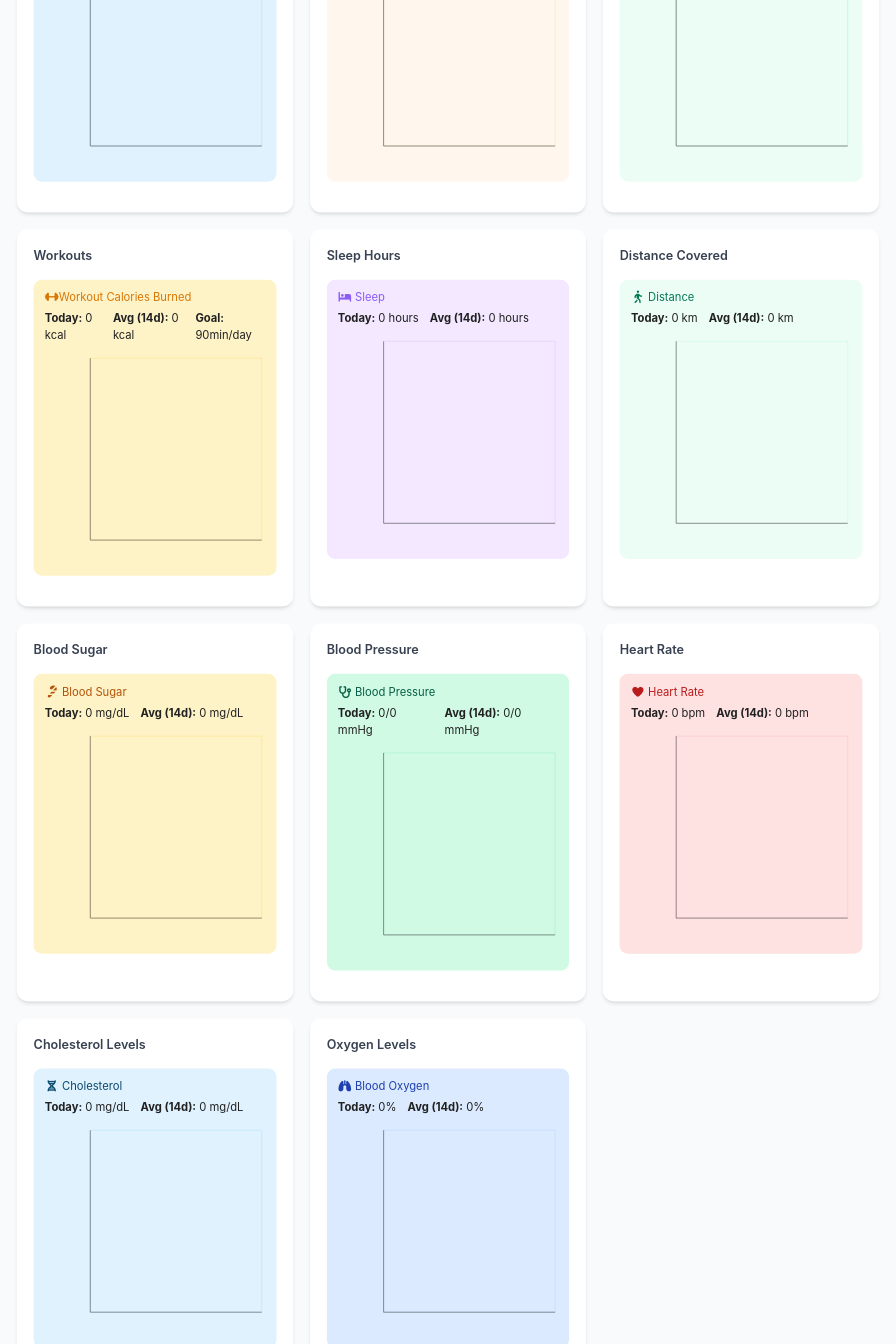
Repository: bhumikamourya/health-monitoring-application
Page: /dashboard (app in frontend/)
An editor plug-in stored every save of this project. The page is shown before and after the next save, followed by the edit.
The browser window is 1280 px wide. The pictures show the part of the page from y = 452 to 2372 px (the page is 2521 px tall before and 2589 px after), at 70% of full size.
The page's requests for data from a server got no answer. Some web libraries are served in a nearby version. The project was rebuilt for these pictures with package versions that can differ from the ones it lists, and the page was loaded fresh each time. No one was signed in, and anything a server would have sent is missing. Also part of the build but not shown: frontend/src/components/Home/particleBackground.js, frontend/src/components/Home/Component1.js, frontend/src/components/Home/Component2.js, frontend/src/components/Home/Component3.js, frontend/src/components/Home/Component4.js, frontend/src/components/Home/HomePage.js, frontend/src/components/Blog/Component1.js, frontend/src/components/Blog/Component2.js and 16 more.

Above is the page before, as saved 2025-10-12 20:04:14.

### frontend/public/index.html
<!DOCTYPE html>
<html lang="en">

<head>
  <meta charset="utf-8" />
  <link rel="icon" href="%PUBLIC_URL%/favicon.ico" />
  <meta name="viewport" content="width=device-width, initial-scale=1" />
  <meta name="theme-color" content="#000000" />
  <meta name="description" content="Web site created using create-react-app" />
  <link rel="apple-touch-icon" href="%PUBLIC_URL%/logo192.png" />
  <link rel="manifest" href="%PUBLIC_URL%/manifest.json" />

  <script src="https://cdn.jsdelivr.net/npm/@tailwindcss/browser@4"></script>

  <link href="https://cdn.jsdelivr.net/npm/bootstrap@5.3.7/dist/css/bootstrap.min.css" rel="stylesheet"
    integrity="sha384-LN+7fdVzj6u52u30Kp6M/trliBMCMKTyK833zpbD+pXdCLuTusPj697FH4R/5mcr" crossorigin="anonymous">
  <link rel="stylesheet" href="https://cdnjs.cloudflare.com/ajax/libs/font-awesome/7.0.0/css/all.min.css"
    integrity="sha512-DxV+EoADOkOygM4IR9yXP8Sb2qwgidEmeqAEmDKIOfPRQZOWbXCzLC6vjbZyy0vPisbH2SyW27+ddLVCN+OMzQ=="
    crossorigin="anonymous" referrerpolicy="no-referrer" />
  <title>React App</title>
</head>

<body>
  <noscript>You need to enable JavaScript to run this app.</noscript>
  <div id="root"></div>
  <!--
      This HTML file is a template.
      If you open it directly in the browser, you will see an empty page.

      You can add webfonts, meta tags, or analytics to this file.
      The build step will place the bundled scripts into the <body> tag.

      To begin the development, run `npm start` or `yarn start`.
      To create a production bundle, use `npm run build` or `yarn build`.
    -->
</body>

</html>

### frontend/src/index.css
@tailwind base;
@tailwind components;
@tailwind utilities;

body {
  margin: 0;
  font-family: -apple-system, BlinkMacSystemFont, 'Segoe UI', 'Roboto', 'Oxygen',
    'Ubuntu', 'Cantarell', 'Fira Sans', 'Droid Sans', 'Helvetica Neue',
    sans-serif;
  -webkit-font-smoothing: antialiased;
  -moz-osx-font-smoothing: grayscale;
  background-color: #fff;
  color: #212121;
}

code {
  font-family: source-code-pro, Menlo, Monaco, Consolas, 'Courier New',
    monospace;
}

h1,
h2,
h3,
h4,
h5,
h6 {
  color: #2c3e50
}

/* NAVBAR STYLING */
.background {
  background-color: #1976d2;
}

.footer-a-links {
  text-decoration: underline;
  color: #fff;
}

.footer-a-links:hover {
  text-decoration: underline;
}

.menu {
  color: #fff;
  margin-left: 20px;
}

.menu.selected {
  color: #64b5f6;
}

.links {
  color: #1976d2;
}

.links:hover {
  opacity: 0.7;
}

.nav-links {
  color: #fff;
}

.nav-links:hover {
  color: #64b5f6;
}

.coloured-btn {
  background-color: #1976d2;
  color: #fff;
}

.coloured-btn:hover {
  background-color: #1976d2;
}

.bold-text {
  color: #1976d2;
}


/* HOME COMPONENT-1 */
.component1-container {
  background-color: #f5f5f5;
}
.component1-icons{
  background-color: #e9f2fa;
  padding:20px 40px 20px 20px;
  border-radius: 50%;
}

.fa-check,
.fa-square-check,
.fa-calendar-week,
.fa-chart-line {
  color: #1976d2;
  font-size: 25px;
}

.fa-check {
  color: #43a047;
}


/* HOME COMPONENT-2 */
.complete-control-text {
  background-color: #e9f2fa;
  width: 60%;
  margin: 25px 5px 0 40px;
  padding: 4px;
  border-radius: 30px;
  color: #1976d2;
}

.coloured-card {
  margin-left: 50px;
  border: 3px solid #1976d2;
  border-radius: 15px;
  background-color: #fafafa;
}

/* BLOG COMPONENT */
.blogs-container {
  width: 14rem;
  box-shadow: 5px 5px 10px #f4f3f3;
}

.capsule-text {
  font-size: 10px;
  border: 1px solid #cfd1d1ff;
  padding: 4px 7px;
  border-radius: 10px;
  color: #2c2c2c;
}

/* PRICING COMPONENT */
.pricing-cards {
  margin-right: 15px;
  border: 0.4px solid #bbbabaff;
  border-radius: 30px;
}

.fa-xmark {
  font-size: 20px;
}

.complete-text {
  width: auto;
  padding: 4px 10px;
  background-color: #e9f2fa;
  border-radius: 30px;
  color: #1976d2;
}

.pricing-card2 {
  margin-left: 15px;
  border: 2px solid #1976d2;
  border-radius: 30px;
  background-color: #fafafa;
}

.pomodoro-card {
  border: 0.3px solid #424242;
  border-top: 4px solid #1976d2;
  border-radius: 10px;
}
.steps-chart-content{
  line-height: 10px;
}
.goto-dashboard:hover{
  text-decoration: underline;
  color: #6e7983;
}

### frontend/src/components/Charts/fitnessCharts.js
import { Line, CartesianGrid, XAxis, YAxis, Tooltip, ResponsiveContainer, BarChart, Bar } from "recharts";
import { useChartData } from "../../Hook/useChartData";
import { CustomTooltip } from "../../utils/CustomTooltip.js";

// Water Chart
function WaterChart({ days = 7, target = 8 }) {
  const { data, todayTotal, avg } = useChartData("water", "water", days);

  // 👇 Better polished color scheme
  const getWaterColor = (value, target) => {
    if (value < target * 0.5) return "#ef4444";   // 🔴 Red - very low hydration
    if (value < target * 0.8) return "#8cb5f7ff";   // 🟠 Orange - low
    if (value < target) return "#facc15";         // 🟡 Yellow - almost there
    return "#3b82f6";                             // 🔵 Blue - good hydration
  };

  const coloredData = data.map(d => ({
    ...d,
    fill: getWaterColor(d.water, target)
  }));

  return (
    <div style={{ maxWidth: 700, margin: "20px auto", background: "#e0f2fe", borderRadius: 12, padding: 16 }}>
      <h2 style={{ marginBottom: 8, color: "#2563eb" }}>
        <i className="fa-solid fa-droplet"></i> Water Intake
      </h2>

      <div style={{ display: "flex", gap: 16, marginBottom: 16 }}>
        <div><b>Today:</b> {todayTotal} glasses</div>
        <div><b>Avg ({days}d):</b> {avg} glasses</div>
      </div>

      <div style={{ width: "100%", height: 300 }}>
        <ResponsiveContainer>
          <BarChart data={coloredData}>
            <CartesianGrid stroke="#bae6fd" />
            <XAxis dataKey="date" />
            <YAxis allowDecimals={false} />
            <Tooltip content={<CustomTooltip unit="glasses" />} />
            <Bar dataKey="water" fill={({ payload }) => payload.fill} />
            <Line
              type="monotone"
              dataKey={() => target}
              stroke="#1d4ed8"
              strokeWidth={2}
              dot={false}
            />
          </BarChart>
        </ResponsiveContainer>
      </div>
    </div>
  );
}


// Calories Chart
function CaloriesChart({ days = 7, target = 2500 }) {
  const { data, todayTotal, avg } = useChartData("calories", "calories", days);
  const getCaloriesColor = (value, target) => {
    if (value <= target) return "#22c55e";          // green
    if (value <= target * 1.1) return "#f59e0b";   // yellow
    return "#dc2626";                               // red
  };

  const coloredData = data.map(d => ({
    ...d,
    fill: getCaloriesColor(d.calories, target)
  }));
  return (
    <div style={{ maxWidth: 700, margin: "20px auto", background: "#fff7ed", borderRadius: 12, padding: 16 }}>
      <h2 style={{ marginBottom: 8, color: "#b45309" }}><i className="fa-solid fa-fire" style={{ color: "#f59e0b" }}></i> Calories Burned </h2>
      <div style={{ display: "flex", gap: 16, marginBottom: 16 }}>
        <div><b>Today:</b> {todayTotal} kcal</div>
        <div><b>Avg ({days}d):</b> {avg} calories</div>
      </div>
      <div style={{ width: "100%", height: 300 }}>
        <ResponsiveContainer>
          <BarChart data={coloredData}>
            <CartesianGrid stroke="#fde2c0" />
            <XAxis dataKey="date" />
            <YAxis allowDecimals={false} />
            <Tooltip content={<CustomTooltip unit="kcal" />} />
            <Bar dataKey="calories" fill={({ payload }) => payload.fill} />
            <Line type="monotone" dataKey={() => target} stroke="#991b1b" strokeWidth={2} dot={false} />
          </BarChart>
        </ResponsiveContainer>
      </div>
    </div>
  );
}

// Steps Chart
function StepsChart({ days = 7, target = 12000 }) {
  const { data, todayTotal, avg } = useChartData("steps", "steps", days);
  const getStepsColor = (value) => {
    if (value < target * 0.7) return "#dc2626";   // red (low)
    if (value < target) return "#1ff66eff";         // amber (medium)
    return "#16a34a";                             // green (good)
  };

  const coloredData = data.map(d => ({
    ...d,
    fill: getStepsColor(d.steps)
  }));

  return (
    <div style={{ maxWidth: 700, margin: "20px auto", background: "#ecfdf5", borderRadius: 12, padding: 16 }}>
      <h2 style={{ marginBottom: 8, color: "#065f46" }}><i className="fa-solid fa-shoe-prints"></i> Steps </h2>
      <div style={{ display: "flex", gap: 16, marginBottom: 16 }}>
        <div><b>Today:</b> {todayTotal} steps</div>
        <div><b>Avg ({days}d):</b> {avg} steps</div>
      </div>
      <div style={{ width: "100%", height: 300 }}>
        <ResponsiveContainer>
          <BarChart data={coloredData}>
            <CartesianGrid stroke="#bbf7d0" />
            <XAxis dataKey="date" />
            <YAxis allowDecimals={false} />
            <Tooltip content={<CustomTooltip unit="Steps" />} />
            <Bar dataKey="steps" fill={({ payload }) => payload.fill} />
            <Line
              type="monotone"
              dataKey={() => target}
              stroke="#047857"
              strokeWidth={2}
              dot={false}
            />
          </BarChart>
        </ResponsiveContainer>
      </div>
    </div>
  );
}

// Sleep Chart
function SleepChart({ days = 7, target = 8 }) {
  const { data, todayTotal, avg } = useChartData("sleep", "sleep", days);
  const getSleepColor = (value) => {
    if (value < 5) return "#e33636ff";
    if (value < 7) return "#beabe8ff";
    if (value <= 9) return "#ab89fbff";
    return "#8b5cf6";
  };
  const coloredData = data.map(d => ({
    ...d,
    fill: getSleepColor(d.sleep, target)
  }));
  return (
    <div style={{ maxWidth: 700, margin: "20px auto", background: "#f3e8ff", borderRadius: 12, padding: 16 }}>
      <h2 style={{ marginBottom: 8, color: "#8b5cf6" }}><i className="fa-solid fa-bed"></i> Sleep</h2>
      <div style={{ display: "flex", gap: 16, marginBottom: 16 }}>
        <div><b>Today:</b> {todayTotal} hours</div>
        <div><b>Avg ({days}d):</b> {avg} hours</div>
      </div>
      <div style={{ width: "100%", height: 300 }}>
        <ResponsiveContainer>
          <BarChart data={coloredData}>
            <CartesianGrid stroke="#ddd6fe" />
            <XAxis dataKey="date" />
            <YAxis allowDecimals={false} />
            <Tooltip content={<CustomTooltip unit="hours" />} />
            <Bar dataKey="sleep" fill={({ payload }) => payload.fill} />
            <Line type="monotone" dataKey={() => target} stroke="#7c3aed" strokeWidth={2} dot={false} />
          </BarChart>
        </ResponsiveContainer>
      </div>
    </div>
  );
}

function DistanceChart({ days = 7, target = 5 }) {
  const { data, todayTotal, avg } = useChartData("distance", "distance", days);

  const getDistanceColor = (value, target) => {
    if (value < target * 0.5) return "#ef4444";   // 🔴 Very low
    if (value < target * 0.8) return "#81f2aaff";   // 🟠 Low
    if (value < target) return "#facc15";         // 🟡 Almost there
    return "#22c55e";                             // 🟢 Good
  };

  const coloredData = data.map(d => ({
    ...d,
    fill: getDistanceColor(d.distance, target)
  }));

  return (
    <div style={{ maxWidth: 700, margin: "20px auto", background: "#ecfdf5", borderRadius: 12, padding: 16 }}>
      <h2 style={{ marginBottom: 8, color: "#047857" }}>
        <i className="fa-solid fa-person-walking"></i> Distance
      </h2>

      <div style={{ display: "flex", gap: 16, marginBottom: 16 }}>
        <div><b>Today:</b> {todayTotal} km</div>
        <div><b>Avg ({days}d):</b> {avg} km</div>
      </div>

      <div style={{ width: "100%", height: 300 }}>
        <ResponsiveContainer>
          <BarChart data={coloredData}>
            <CartesianGrid stroke="#d1fae5" />
            <XAxis dataKey="date" />
            <YAxis allowDecimals={false} />
            <Tooltip content={<CustomTooltip unit="km" />} />
            <Bar dataKey="distance" fill={({ payload }) => payload.fill} />
            <Line type="monotone" dataKey={() => target} stroke="#047857" strokeWidth={2} dot={false} />
          </BarChart>
        </ResponsiveContainer>
      </div>
    </div>
  );
}


function WorkoutChart({ days = 7, target = 90 }) {
  // workoutsCalories ke liye hook call
  const { data, todayTotal, avg } = useChartData("workouts", "caloriesBurned", days);
  const getWorkoutColor = (value, target) => {
    if (value < target * 0.7) return "#ef4444";   // red - low
    if (value < target) return "#fbbf24";         // amber - medium
    return "#d97706";                             // green - achieved
  };

  const coloredData = data.map(d => ({
    ...d,
    fill: getWorkoutColor(d.caloriesBurned, target)
  }));
  return (
    <div style={{ maxWidth: 700, margin: "20px auto", background: "#fef3c7", borderRadius: 12, padding: 16 }}>
      <h2 style={{ marginBottom: 8, color: "#d97706" }}>
        <i className="fa-solid fa-dumbbell"></i>
        Workout Calories Burned </h2>
      <div style={{ display: "flex", gap: 16, marginBottom: 16 }}>
        <div><b>Today:</b> {todayTotal} kcal</div>
        <div><b>Avg ({days}d):</b> {avg} kcal</div>
        <div><b>Goal:</b> {target}min/day</div>
      </div>
      <div style={{ width: "100%", height: 300 }}>
        <ResponsiveContainer>
          <BarChart data={coloredData}>
            <CartesianGrid stroke="#fde68a" />
            <XAxis dataKey="date" />
            <YAxis allowDecimals={false} />
            <Tooltip content={<CustomTooltip unit="kcal" />} />
            <Bar dataKey="caloriesBurned" fill={({ payload }) => payload.fill} />
            <Line type="monotone" dataKey={() => target} stroke="#b45309" strokeWidth={2} dot={false} />
          </BarChart>
        </ResponsiveContainer>
      </div>
    </div>
  );
}




export { WaterChart, CaloriesChart, StepsChart, SleepChart, DistanceChart, WorkoutChart };

Loaded but not shown: frontend/tailwind.config.js (common file); frontend/src/components/Charts/MedicalCharts.js (185 lines, source omitted); frontend/src/Navbar.js (85 lines, source omitted); frontend/src/TrackerForms/Dashboard.js (91 lines, source omitted); frontend/src/Hook/useBPChartData.js (65 lines, source omitted); frontend/src/index.js (46 lines, source omitted); frontend/src/Hook/useCholesterolChartData.js (62 lines, source omitted); frontend/src/Hook/useChartData.js (56 lines, source omitted); frontend/src/Footer.js (35 lines, source omitted); frontend/src/components/Logout.js (16 lines, source omitted); frontend/src/utils/api.js (13 lines, source omitted); frontend/src/components/Home/particleBackground.css (399 lines, source omitted)

After the next save:
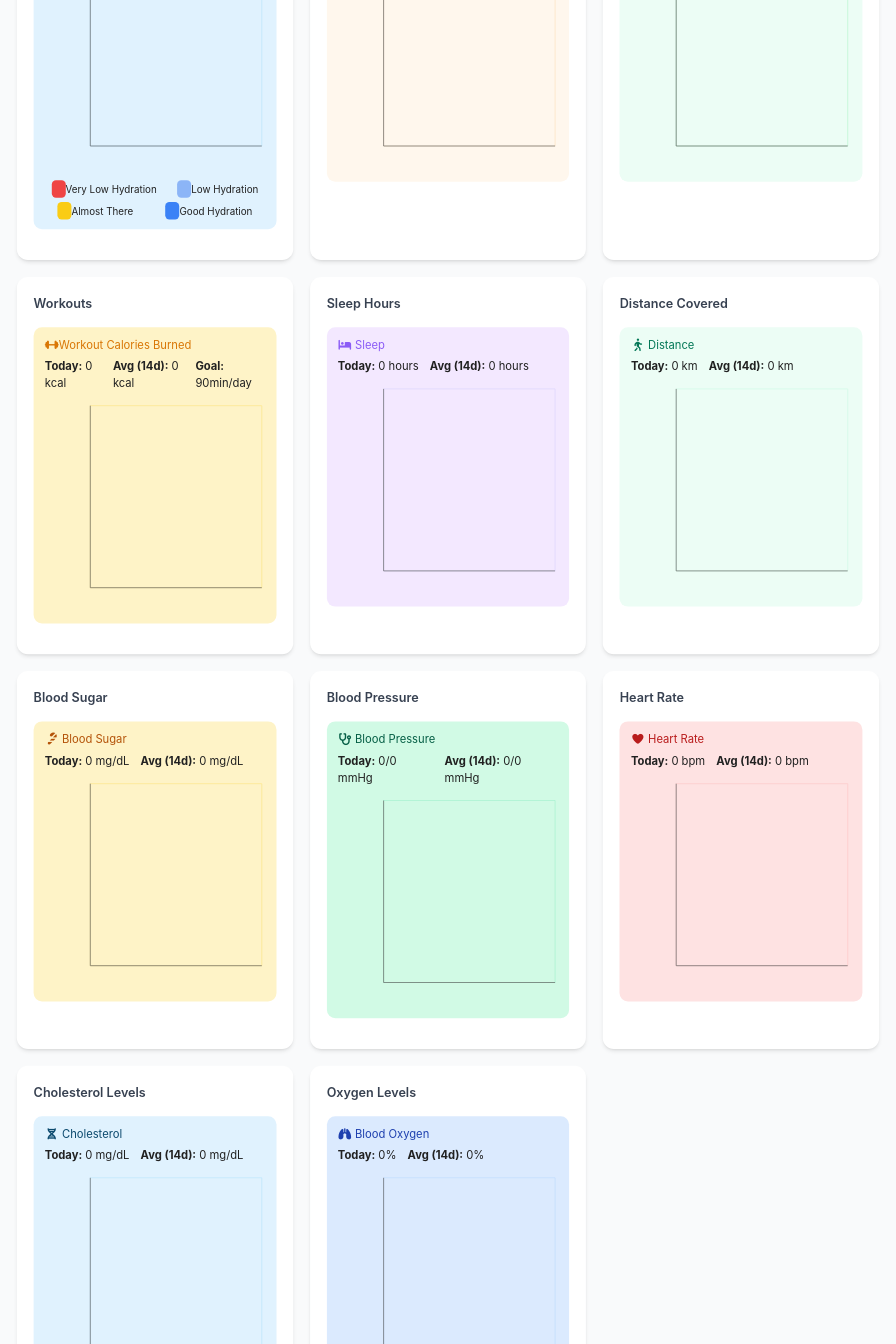
Saved 46 h 51 min later.
--- a/frontend/src/components/Charts/fitnessCharts.js
+++ b/frontend/src/components/Charts/fitnessCharts.js
@@ -6,10 +6,9 @@ import { CustomTooltip } from "../../utils/CustomTooltip.js";
 function WaterChart({ days = 7, target = 8 }) {
   const { data, todayTotal, avg } = useChartData("water", "water", days);
 
-  // 👇 Better polished color scheme
   const getWaterColor = (value, target) => {
     if (value < target * 0.5) return "#ef4444";   // 🔴 Red - very low hydration
-    if (value < target * 0.8) return "#8cb5f7ff";   // 🟠 Orange - low
+    if (value < target * 0.8) return "#8cb5f7ff"; // 🟠 Light blue - low
     if (value < target) return "#facc15";         // 🟡 Yellow - almost there
     return "#3b82f6";                             // 🔵 Blue - good hydration
   };
@@ -20,7 +19,15 @@ function WaterChart({ days = 7, target = 8 }) {
   }));
 
   return (
-    <div style={{ maxWidth: 700, margin: "20px auto", background: "#e0f2fe", borderRadius: 12, padding: 16 }}>
+    <div
+      style={{
+        maxWidth: 700,
+        margin: "20px auto",
+        background: "#e0f2fe",
+        borderRadius: 12,
+        padding: 16
+      }}
+    >
       <h2 style={{ marginBottom: 8, color: "#2563eb" }}>
         <i className="fa-solid fa-droplet"></i> Water Intake
       </h2>
@@ -48,9 +55,27 @@ function WaterChart({ days = 7, target = 8 }) {
           </BarChart>
         </ResponsiveContainer>
       </div>
-    </div>
-  );
-}
+
+      {/* 👇 Color Legend Section */}
+      <div
+        style={{
+          marginTop: 16,
+          display: "flex",
+          justifyContent: "space-around",
+          flexWrap: "wrap",
+          gap: 10,
+          fontSize: 14
+        }}
+      >
+        <div><span style={{ background: "#ef4444", padding: "4px 10px", borderRadius: 6 }}></span> Very Low Hydration</div>
+        <div><span style={{ background: "#8cb5f7ff", padding: "4px 10px", borderRadius: 6 }}></span> Low Hydration</div>
+        <div><span style={{ background: "#facc15", padding: "4px 10px", borderRadius: 6 }}></span> Almost There</div>
+        <div><span style={{ background: "#3b82f6", padding: "4px 10px", borderRadius: 6 }}></span> Good Hydration</div>
+      </div>
+    </div>
+  );
+}
+
 
 
 // Calories Chart
